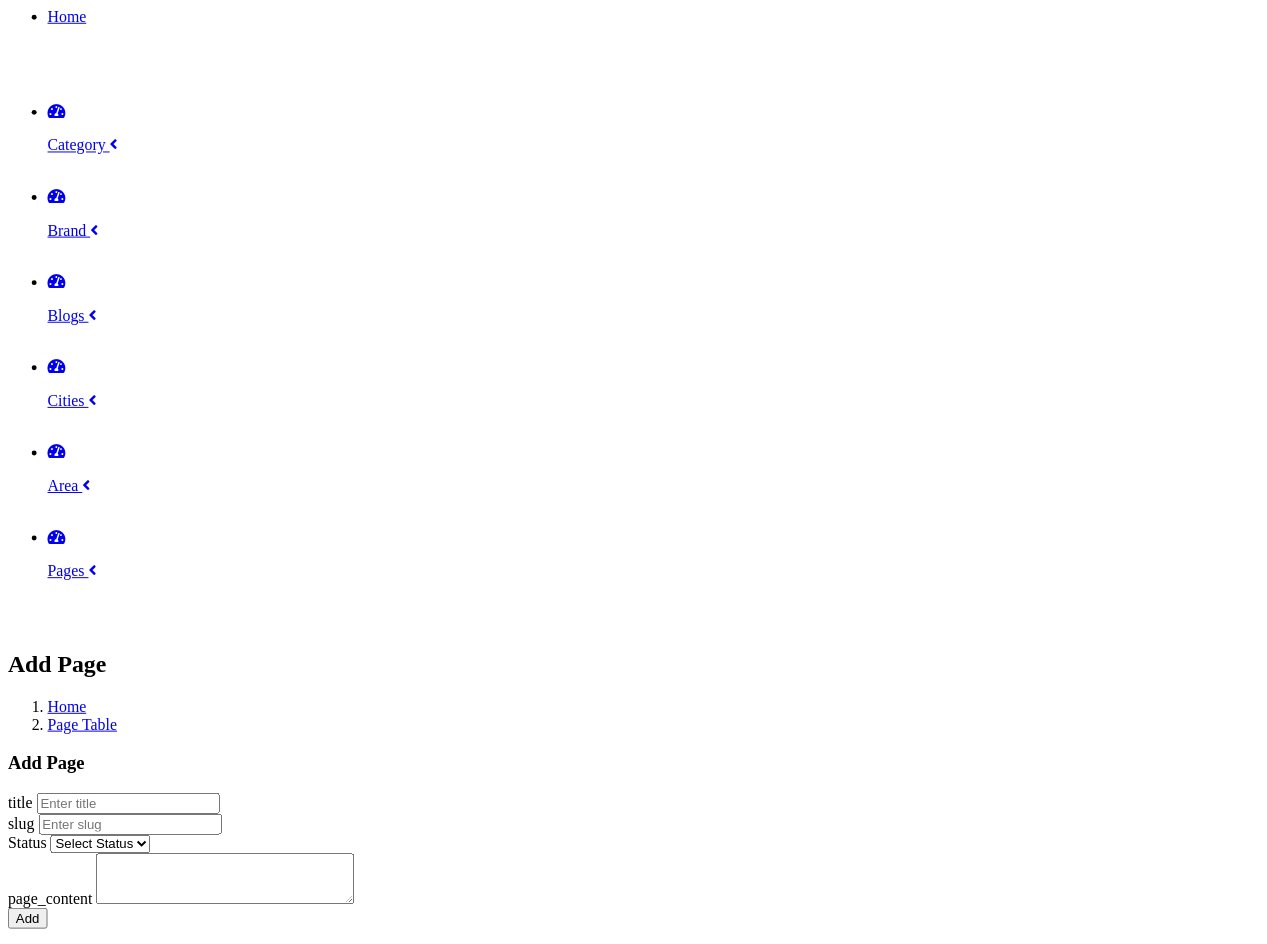
Repository: samiraelshon123/LP_Project
Page: http://localhost/admin/Page/create
These files come from the project's save history. The page is drawn as it stood at one moment and after the next save; the edit follows.
The browser window is 1280 px wide. The pictures show the whole page, at 99% of full size.
Some web fonts or font styles are not loaded; a fallback is used. The page is served by the project's Laravel application, run on PHP 8.4 with Laravel 9. A made-up administrator, Test User (test@example.com), is signed in.

Above is the page before, as saved 2023-05-29 23:03:12.
Console error: ReferenceError: $ is not defined

After the next save:
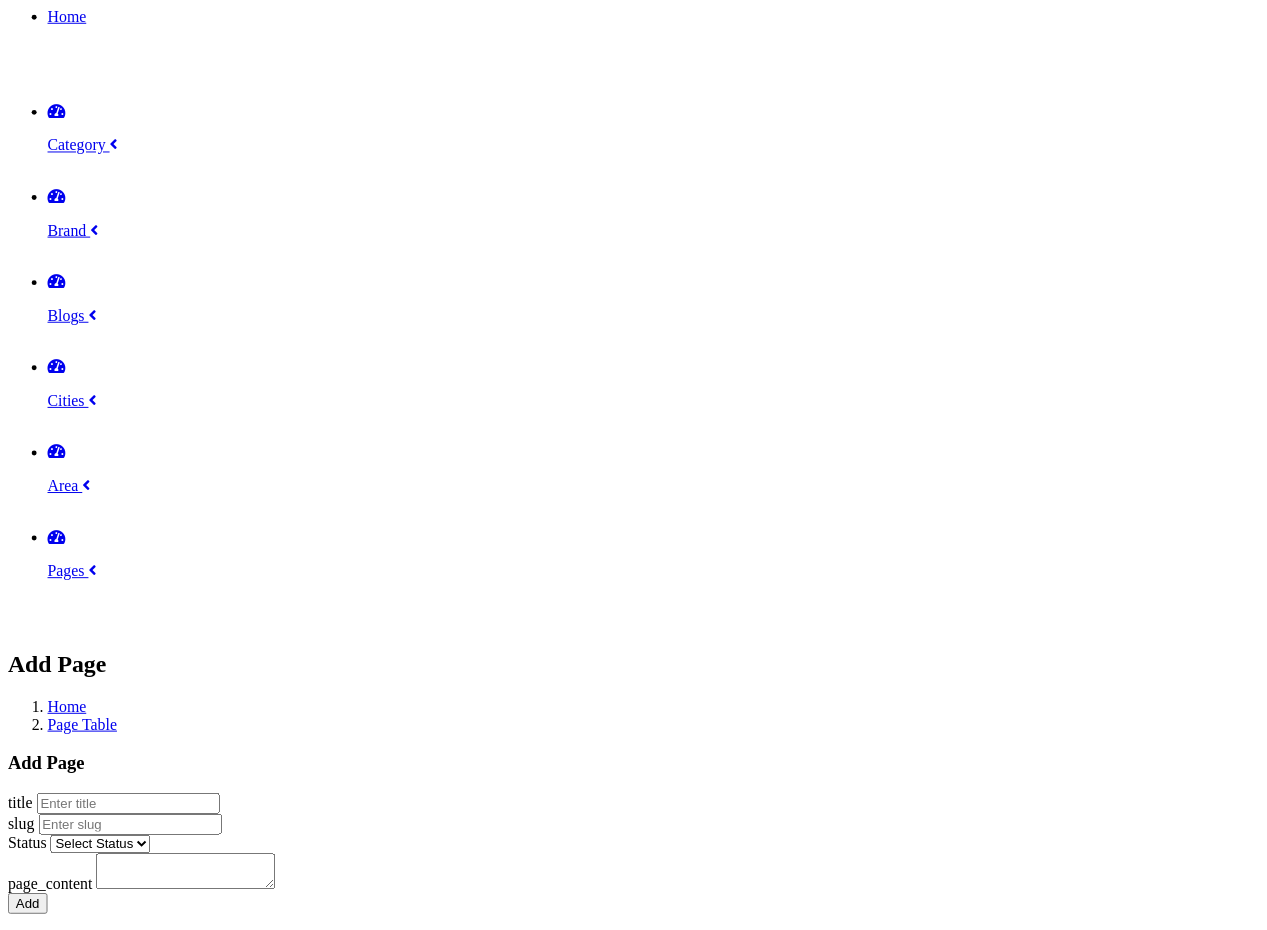
Saved 4 s later.
--- a/resources/views/admin/pages/create.blade.php
+++ b/resources/views/admin/pages/create.blade.php
@@ -65,8 +65,7 @@
               </div>
               <div class="form-group col-6">
                 <label for="exampleInputEmail1" id="summernote">page_content</label>
-                <textarea id="" cols="30" rows="3" class="form-control" name="page_content" >{{old('page_content')}}</textarea>
-              </div>
+                <textarea id="summernote"></textarea>              </div>
 
 
 
